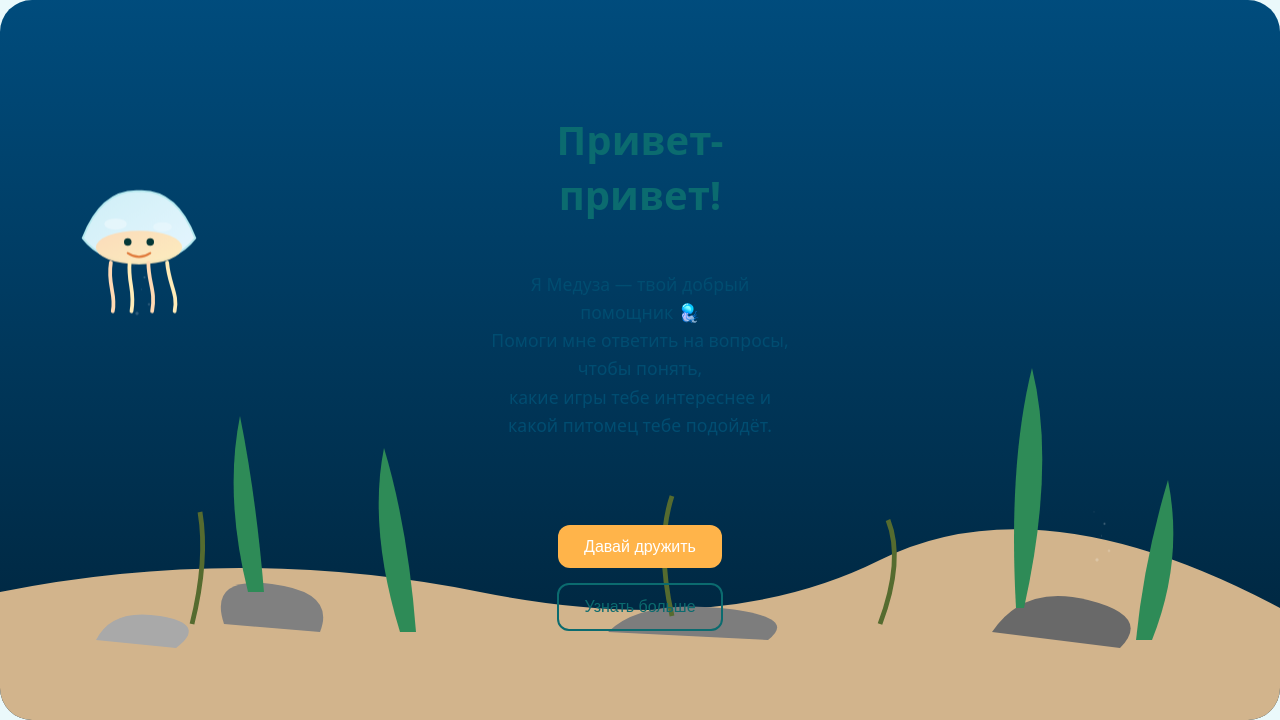
Repository: HOADF/kids-career-world
Page: index.html
An editor plug-in stored every save of this project. The page is shown before and after the next save, followed by the edit.
The browser window is 1280 px wide. The pictures show the whole page.

Above is the page before, as saved 2026-03-13 19:36:47.

### index.html
<!doctype html>
<html lang="ru">
<head>
  <meta charset="utf-8" />
  <meta name="viewport" content="width=device-width,initial-scale=1" />
  <title>Kids Career World — знакомство</title>
  <link rel="stylesheet" href="style.css">
  <link rel="stylesheet" href="games-list.css">
  <link rel="stylesheet" href="animations.css"> <script type="module" src="script.js"></script>
</head>
<body>

  <div class="ocean-frame" aria-hidden="true">
    <img src="backgrounds/ocean.svg" class="layer-bg">
    <img src="backgrounds/ocean_floor.svg" class="layer-floor">

    <img src="pets/jellyfish.svg" class="jelly-svg" id="main-pet-image">

    <img src="fx/bubbles.svg" class="bubble-stream stream-left">
    <img src="fx/bubbles.svg" class="bubble-stream stream-right">
  </div>

  <main class="page-root">

    <section id="welcome-card" class="welcome-card">
      <div class="welcome-inner" style="padding: 40px; text-align: center;">
        <h1 id="welcome-title">Привет-привет!</h1>
        <p class="lead">
          Я Медуза — твой добрый помощник 🪼<br>
          Помоги мне ответить на вопросы, чтобы понять,<br>
          какие игры тебе интереснее и какой питомец тебе подойдёт.
        </p>

        <div class="controls" style="display: flex; gap: 15px; justify-content: center; margin-top: 30px;">
          <button id="start-quiz" class="btn-primary">Давай дружить</button>
          <button id="learn-more" class="btn-ghost">Узнать больше</button>
        </div>
      </div>
    </section>

    <section id="questions-section" class="questions-card hidden">
      <div class="questions-inner">
        <div id="progress" class="progress">Вопрос <span id="q-index">1</span> из <span id="q-total">5</span></div>
        <h2 id="question-title" class="question-title">Загружаю вопрос...</h2>
        <div id="answers" class="answers"></div>
        <div class="nav-row">
          <button id="btn-back" class="btn-ghost small" disabled>◀ Назад</button>
          <button id="btn-next" class="btn-primary small" disabled>Дальше ▶</button>
        </div>
      </div>
    </section>

    <section id="result-section" class="result-card hidden">
      <div class="result-inner">
        <h2 id="result-title">Тебе подойдёт...</h2>
        <div id="result-pet" class="result-pet"></div>
        <div id="result-games" class="result-games"></div>
        <div class="result-controls">
          <button id="restart" class="btn-ghost">Пройти снова</button>
          <button id="continue" class="btn-primary">Пойти в игры</button>
        </div>
      </div>
    </section>

  </main>
</body>
</html>

### style.css
/* Главный файл стилей — "Оглавление" */
@import url('base.css');
@import url('components.css');
@import url('animations.css');
@import url('games-list.css');

### games-list.css
.games-container {
  display: flex;
  flex-wrap: wrap;
  gap: 16px;
  justify-content: center;
}

.game-card {
  width: 220px;
  background: #fff;
  border-radius: 14px;
  padding: 12px;
  box-shadow: 0 6px 14px rgba(0,0,0,0.1);
  text-align: center;
}

.game-card img {
  width: 100%;
  border-radius: 10px;
}

.play-btn {
  display: inline-block;
  margin-top: 8px;
  background: #4fc3f7;
  color: #fff;
  padding: 8px 12px;
  border-radius: 8px;
  text-decoration: none;
  font-weight: bold;
}

.play-btn:hover {
  transform: translateY(-2px);
}

.level {
  color: #555;
  font-size: 14px;
  margin-top: 4px;
}

.main-layout {
  display: flex;
  justify-content: space-between;
  align-items: flex-start;
  gap: 32px;
  max-width: 1200px;
  margin: 0 auto;
  padding: 20px;
}

.welcome-card {
  flex: 1 1 50%;
  min-width: 400px;
}

.games-panel {
  flex: 1 1 50%;
  min-width: 400px;
}

.games-container {
  display: flex;
  flex-wrap: wrap;
  gap: 16px;
  justify-content: center;
}

.game-card {
  width: 200px;
  background: #fff;
  border-radius: 14px;
  padding: 12px;
  box-shadow: 0 6px 14px rgba(0,0,0,0.1);
  text-align: center;
}

### animations.css
/* ---------- КОНТЕЙНЕР ОКЕАНА ---------- */
.ocean-frame {
  position: absolute; /* Океан будет фоном ВНУТРИ карточки */
  top: 0;
  left: 0;
  width: 100%;
  height: 100%;
  z-index: 1;        /* Самый нижний слой в карточке */
  overflow: hidden;
  border-radius: 2rem;
}

.layer-bg, .layer-floor {
  position: absolute;
  width: 100%;
  height: 100%;
  object-fit: cover;
}

.layer-floor {
  z-index: 2;
  bottom: 0;
  height: auto;
  min-height: 30%;
}

/* ---------- МЕДУЗА (СЛЕВА) ---------- */
.jelly-svg {
  position: absolute;
  left: 5%;
  top: 25%;
  width: 150px;
  z-index: 5;
  animation: petFloat 4s ease-in-out infinite;
}

@keyframes petFloat {
  0%, 100% { transform: translateY(0) rotate(-2deg); }
  50% { transform: translateY(-15px) rotate(2deg); }
}

/* ---------- ПУЗЫРЬКИ ---------- */
.bubble-stream {
  position: absolute;
  bottom: -50px;
  width: 30px;
  z-index: 4;
  opacity: 0.4;
}
.stream-left { left: 10%; animation: bubbleRise 8s infinite; }
.stream-right { left: 85%; animation: bubbleRise 12s infinite 2s; }

@keyframes bubbleRise {
  0% { transform: translateY(0); opacity: 0; }
  50% { opacity: 0.6; }
  100% { transform: translateY(-500px); opacity: 0; }
}

/* ---------- КАРТОЧКА (ГЛАВНОЕ) ---------- */
.welcome-card {
  position: relative; /* Чтобы внутренние слои (океан) не вылетали */
  background: white;
  border-radius: 2rem;
  padding: 40px;
  max-width: 800px;
  min-height: 400px;
  display: flex;
  align-items: center;
  justify-content: flex-end; /* Текст будет справа */
  box-shadow: 0 20px 40px rgba(0,0,0,0.1);
}

.welcome-inner {
  position: relative;
  z-index: 10; /* Текст должен быть выше океана и медузы */
  width: 55%;  /* Занимает правую часть карточки */
  text-align: left;
  color: #004d71;
}

h1 { font-size: 2.5rem; margin-bottom: 1rem; }
.lead { font-size: 1.1rem; line-height: 1.6; }

.hidden { display: none !important; }

### script.js
import { petAssets } from './config.js';
import { QuizManager } from './quiz.js';

document.addEventListener('DOMContentLoaded', () => {
    const quiz = new QuizManager();

    // Элементы интерфейса
    const welcomeCard = document.getElementById('welcome-card');
    const questionsSection = document.getElementById('questions-section');
    const resultSection = document.getElementById('result-section');
    const petRoom = document.getElementById('pet-room');

    // Кнопки
    const startBtn = document.getElementById('start-quiz');
    const btnRestart = document.getElementById('restart');
    const btnContinue = document.getElementById('continue');
    const btnBack = document.getElementById('btn-back');

    // Поля теста
    const qTitle = document.getElementById('question-title');
    const qAnswers = document.getElementById('answers');
    const qIndexEl = document.getElementById('q-index');
    const qTotalEl = document.getElementById('q-total');

    // Поля результата
    const resultPet = document.getElementById('result-pet');
    const resultGames = document.getElementById('result-games');
    const resultTitle = document.getElementById('result-title');

    // Слои мира (динамический фон)
    const bgImg = document.getElementById('bg-img');
    const floorImg = document.getElementById('floor-img');
    const mainPetImg = document.getElementById('pet-img');

    // 1. ПРОВЕРКА ВХОДА
    if (localStorage.getItem('childName') && petRoom) {
        welcomeCard?.classList.add('hidden');
        petRoom.classList.remove('hidden');
    }

    // 2. СБОРКА SVG ПИТОМЦА
    function assemblePet(type, markType = 'heart') {
        const body = petAssets.bodies[type] || petAssets.bodies['artist'];
        const mark = petAssets.marks[markType] || "";
        return `
        <svg viewBox="0 0 200 200" style="width:100%; height:100%;">
          ${body}
          <g class="accessory-layer">${mark}</g>
        </svg>`;
    }

    // 3. ОБНОВЛЕНИЕ ВИЗУАЛА МИРА
    function updateWorld(worldData, petType) {
        if (!worldData) return;

        // Плавная смена через прозрачность (если добавить transition в CSS)
        if (bgImg) bgImg.src = worldData.bg;
        if (floorImg) floorImg.src = worldData.floor;

        // Меняем главного персонажа на фоне
        if (mainPetImg) {
            mainPetImg.src = `pets/${petType}.svg`;
            // Если используешь SVG сборку для фона:
            // mainPetImg.parentElement.innerHTML = assemblePet(petType);
        }
    }

    // 4. ОТОБРАЖЕНИЕ ВОПРОСА
    function renderQuestion() {
        const q = quiz.getCurrentQuestion();
        const progress = quiz.getProgress();

        qIndexEl.textContent = progress.current;
        qTotalEl.textContent = progress.total;
        qTitle.textContent = q.text;
        qAnswers.innerHTML = '';

        q.answers.forEach(ans => {
            const btn = document.createElement('button');
            btn.className = 'answer-btn btn-primary'; // Используем наши новые стили
            btn.style.margin = "5px";
            btn.textContent = ans.text;

            btn.onclick = () => {
                const step = quiz.nextQuestion(ans.type);
                if (step.finished) {
                    showResult(step.result);
                } else {
                    renderQuestion();
                }
            };
            qAnswers.appendChild(btn);
        });

        if (btnBack) btnBack.disabled = progress.current === 1;
    }

    function showResult(result) {
        questionsSection.classList.add('hidden');
        resultSection.classList.remove('hidden');

        // Меняем фон и персонажа под результат
        updateWorld(result.data.world, result.type);

        resultTitle.textContent = `Твой друг: ${result.data.pet}`;
        resultPet.innerHTML = assemblePet(result.type, 'heart');
        resultGames.textContent = result.data.games;
    }

    // 5. СОБЫТИЯ
    startBtn?.addEventListener('click', () => {
        welcomeCard.classList.add('hidden');
        questionsSection.classList.remove('hidden');
        renderQuestion();
    });

    btnBack?.addEventListener('click', () => {
        if (quiz.prevQuestion()) renderQuestion();
    });

    btnRestart?.addEventListener('click', () => {
        quiz.reset();
        resultSection.classList.add('hidden');
        welcomeCard.classList.remove('hidden');
        // Возвращаем стандартный фон океана
        if (bgImg) bgImg.src = 'backgrounds/ocean.svg';
        if (floorImg) floorImg.src = 'backgrounds/ocean_floor.svg';
    });

    btnContinue?.addEventListener('click', () => {
        localStorage.setItem('childName', 'Друг');
        location.reload();
    });
});

### base.css
/* ---------- Базовые стили ---------- */
:root {
  --color-bg: #eaf9fb;
  --color-accent: #ffb44a;
  --color-text: #023436;
  --color-subtle: #0b6b6f;
  --color-white: #ffffff;
  --transition-fast: 0.3s ease;
  --transition-slow: 0.6s ease;
}

* {
  box-sizing: border-box;
  margin: 0;
  padding: 0;
}

html, body {
  width: 100%;
  height: 100%;
  font-family: system-ui, "Segoe UI", Roboto, sans-serif;
  color: var(--color-text);
  background-color: var(--color-bg);
  overflow-x: hidden;
}

.hidden {
  display: none !important;
}

.background-decor {
  position: fixed;
  top: 0;
  left: 0;
  width: 100%;
  height: 100%;
  background: linear-gradient(180deg, #eaf9fb 0%, #f8ffff 100%);
  z-index: -1;
}

.page-root {
  display: flex;
  flex-direction: column;
  align-items: center;
  justify-content: center;
  padding: 2rem;
  min-height: 100vh;
}

/* 📱 АДАПТИВНОСТЬ ПОД УСТРОЙСТВА */
@media (max-width: 700px) {
  .welcome-card { padding: 1.5rem; }
  .welcome-inner { flex-direction: column; text-align: center; }
  .controls { justify-content: center; }
}

@media (max-width: 480px) {
  body { font-size: 14px; padding: 0.5rem; }
  .welcome-card, .questions-card, .result-card { padding: 1rem; border-radius: 1rem; }
  .welcome-card h1 { font-size: 1.4rem; line-height: 1.4; }
  .welcome-text p { font-size: 0.95rem; }
  .controls { flex-direction: column; gap: 0.75rem; }
  button { width: 100%; font-size: 1rem; padding: 0.8rem; }
  .pet-visual { width: 120px; height: 120px; }
}

@media (min-width: 481px) and (max-width: 768px) {
  body { font-size: 16px; padding: 1rem; }
  .welcome-card, .questions-card, .result-card { padding: 1.5rem; }
  .welcome-card h1 { font-size: 1.8rem; }
  .welcome-text p { font-size: 1rem; }
  button { font-size: 1rem; padding: 0.9rem 1.2rem; }
  .pet-visual { width: 150px; height: 150px; }
}

@media (min-width: 769px) and (max-width: 1200px) {
  body { font-size: 18px; padding: 1.5rem; }
  .welcome-card, .questions-card, .result-card { padding: 2rem; }
  .welcome-card h1 { font-size: 2rem; }
  .pet-visual { width: 180px; height: 180px; }
}

@media (min-width: 1201px) {
  body { font-size: 20px; max-width: 960px; margin: 0 auto; }
  .welcome-card, .questions-card, .result-card { border-radius: 2rem; }
  .pet-visual { width: 200px; height: 200px; }
}

### components.css
/* ---------- Карточки и Кнопки ---------- */
.welcome-card,
.questions-card,
.result-card {
  background: var(--color-white);
  border-radius: 24px;
  box-shadow: 0 6px 20px rgba(0, 0, 0, 0.08);
  max-width: 900px;
  width: 100%;
  padding: 2rem 3rem;
  display: flex;
  flex-direction: column;
  justify-content: center;
  animation: fadeIn var(--transition-slow);
}

.welcome-inner { display: flex; align-items: center; gap: 2rem; flex-wrap: wrap; justify-content: center; }
.welcome-text { flex: 1 1 400px; text-align: left; }

h1, h2 { font-weight: 700; color: var(--color-subtle); margin-bottom: 1rem; }
.lead { font-size: 1.1rem; line-height: 1.6; margin-bottom: 1.5rem; }

.controls { display: flex; gap: 1rem; flex-wrap: wrap; margin-bottom: 1rem; }

.btn-primary, .btn-ghost {
  font-size: 1rem; border-radius: 12px; padding: 0.8rem 1.6rem;
  cursor: pointer; transition: all var(--transition-fast); border: none;
}
.btn-primary { background: var(--color-accent); color: var(--color-white); }
.btn-primary:hover { background: #ff9f1a; transform: translateY(-2px); }
.btn-ghost { background: transparent; color: var(--color-subtle); border: 2px solid var(--color-subtle); }
.btn-ghost:hover { background: var(--color-subtle); color: var(--white); transform: translateY(-2px); }

.small { padding: 0.5rem 1rem; font-size: 0.9rem; }
.meta-note { font-size: 0.9rem; color: #555; opacity: 0.8; }

/* ---------- Опрос и Результат ---------- */
.questions-inner, .result-inner { display: flex; flex-direction: column; align-items: center; gap: 1rem; }
.progress { font-size: 0.95rem; color: #666; }
.question-title { font-size: 1.2rem; text-align: center; margin-bottom: 1rem; }

.answers { display: flex; flex-direction: column; gap: 0.8rem; width: 100%; max-width: 600px; }
.answers button {
  background: var(--color-bg); border: 2px solid transparent; border-radius: 12px;
  padding: 0.8rem 1.2rem; text-align: left; transition: all var(--transition-fast); font-size: 1rem;
}
.answers button:hover { border-color: var(--color-accent); background: #fff8f0; transform: translateY(-1px); }
.answers button.selected { border-color: var(--color-accent); background: #fff1de; }

.nav-row, .result-controls { display: flex; justify-content: space-between; width: 100%; max-width: 600px; margin-top: 1rem; }
.result-pet { margin-top: 1rem; font-size: 1.1rem; }
.result-games { font-size: 1rem; color: #333; }

### quiz.js
import { questions, results } from './config.js';

export class QuizManager {
    constructor() {
        this.currentQuestion = 0;
        this.answersGiven = [];
    }

    getCurrentQuestion() {
        return questions[this.currentQuestion];
    }

    nextQuestion(answerType) {
        this.answersGiven[this.currentQuestion] = answerType;
        if (this.currentQuestion < questions.length - 1) {
            this.currentQuestion++;
            return { finished: false };
        }
        return { finished: true, result: this.calculateResult() };
    }

    prevQuestion() {
        if (this.currentQuestion > 0) {
            this.currentQuestion--;
            return true;
        }
        return false;
    }

    calculateResult() {
        const counts = {};
        this.answersGiven.forEach(t => counts[t] = (counts[t] || 0) + 1);
        const topType = Object.keys(counts).reduce((a, b) => counts[a] > counts[b] ? a : b);
        return { type: topType, data: results[topType] };
    }

    reset() {
        this.currentQuestion = 0;
        this.answersGiven = [];
    }

    getProgress() {
        return {
            current: this.currentQuestion + 1,
            total: questions.length
        };
    }
}

Loaded but not shown: pets/jellyfish.svg (23 lines, source omitted); backgrounds/ocean_floor.svg (30 lines, source omitted); backgrounds/ocean.svg (17 lines, source omitted); fx/bubbles.svg (10 lines, source omitted); config.js (176 lines, source omitted)

After the next save:
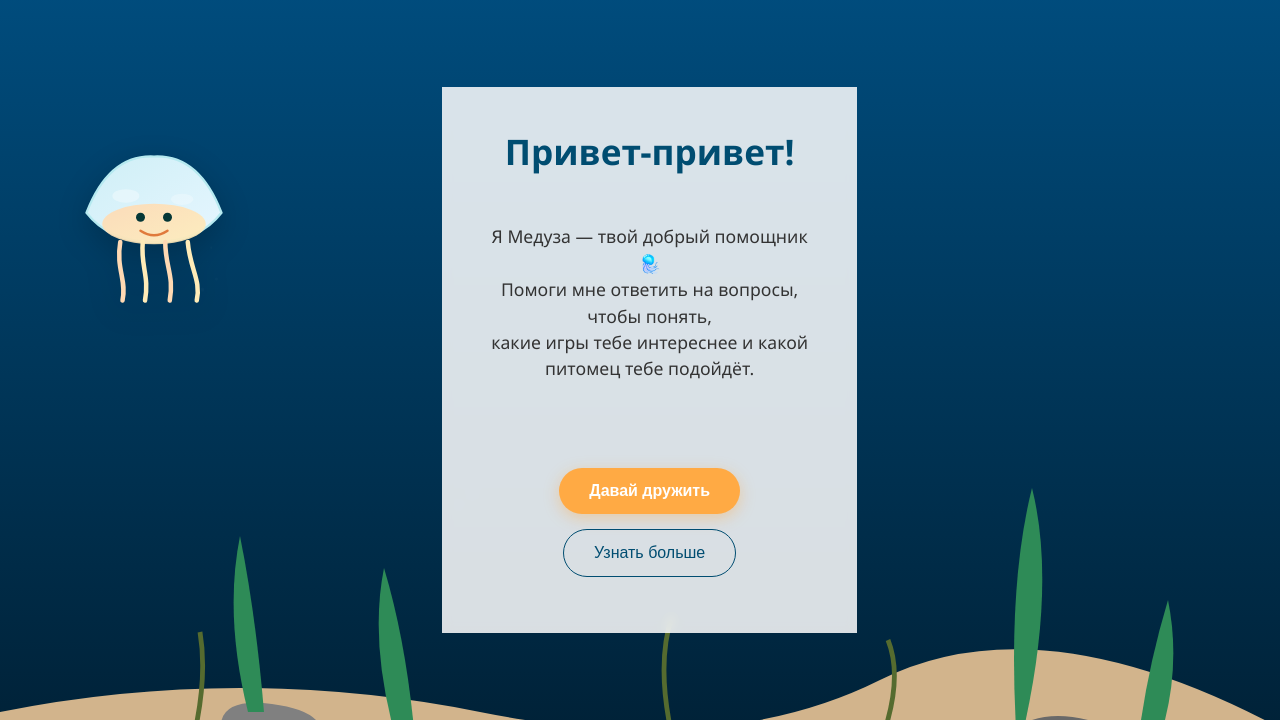
Saved 70 s later.
--- a/animations.css
+++ b/animations.css
@@ -1,13 +1,45 @@
-/* ---------- КОНТЕЙНЕР ОКЕАНА ---------- */
+/* ---------- ГЛОБАЛЬНЫЕ НАСТРОЙКИ ---------- */
+body, html {
+  margin: 0;
+  padding: 0;
+  width: 100%;
+  height: 100%;
+  font-family: 'Segoe UI', Tahoma, Geneva, Verdana, sans-serif;
+  background-color: #002a40; /* Темный фон за карточкой */
+}
+
+.page-root {
+  display: flex;
+  justify-content: center;
+  align-items: center;
+  min-height: 100vh;
+  padding: 20px;
+  box-sizing: border-box;
+}
+
+/* ---------- ГЛАВНАЯ КАРТОЧКА ---------- */
+.welcome-card, .questions-card, .result-card {
+  position: relative;
+  width: 100%;
+  max-width: 850px;
+  min-height: 450px;
+  background: white;
+  border-radius: 2.5rem;
+  overflow: hidden; /* КРИТИЧНО: чтобы фон не вылезал */
+  display: flex;
+  box-shadow: 0 25px 60px rgba(0,0,0,0.4);
+}
+
+.hidden { display: none !important; }
+
+/* ---------- ЖИВОЙ ОКЕАН ВНУТРИ ---------- */
 .ocean-frame {
-  position: absolute; /* Океан будет фоном ВНУТРИ карточки */
+  position: absolute;
   top: 0;
   left: 0;
   width: 100%;
   height: 100%;
-  z-index: 1;        /* Самый нижний слой в карточке */
-  overflow: hidden;
-  border-radius: 2rem;
+  z-index: 1;
 }
 
 .layer-bg, .layer-floor {
@@ -15,70 +47,83 @@
   width: 100%;
   height: 100%;
   object-fit: cover;
+  pointer-events: none;
 }
 
 .layer-floor {
-  z-index: 2;
+  z-index: 3;
   bottom: 0;
-  height: auto;
-  min-height: 30%;
 }
 
 /* ---------- МЕДУЗА (СЛЕВА) ---------- */
 .jelly-svg {
   position: absolute;
   left: 5%;
-  top: 25%;
-  width: 150px;
-  z-index: 5;
+  top: 20%;
+  width: 180px;
+  height: auto;
+  z-index: 10;
   animation: petFloat 4s ease-in-out infinite;
+  filter: drop-shadow(0 10px 15px rgba(0,0,0,0.2));
 }
 
 @keyframes petFloat {
   0%, 100% { transform: translateY(0) rotate(-2deg); }
-  50% { transform: translateY(-15px) rotate(2deg); }
+  50% { transform: translateY(-20px) rotate(2deg); }
 }
 
 /* ---------- ПУЗЫРЬКИ ---------- */
 .bubble-stream {
   position: absolute;
   bottom: -50px;
-  width: 30px;
-  z-index: 4;
-  opacity: 0.4;
+  width: 35px;
+  z-index: 5;
+  opacity: 0.5;
 }
-.stream-left { left: 10%; animation: bubbleRise 8s infinite; }
-.stream-right { left: 85%; animation: bubbleRise 12s infinite 2s; }
+.stream-left { left: 15%; animation: bubbleRise 7s infinite; }
+.stream-right { left: 35%; animation: bubbleRise 10s infinite 2s; }
 
 @keyframes bubbleRise {
   0% { transform: translateY(0); opacity: 0; }
-  50% { opacity: 0.6; }
+  20% { opacity: 0.6; }
   100% { transform: translateY(-500px); opacity: 0; }
 }
 
-/* ---------- КАРТОЧКА (ГЛАВНОЕ) ---------- */
-.welcome-card {
-  position: relative; /* Чтобы внутренние слои (океан) не вылетали */
-  background: white;
-  border-radius: 2rem;
-  padding: 40px;
-  max-width: 800px;
-  min-height: 400px;
+/* ---------- КОНТЕНТ (СПРАВА) ---------- */
+.welcome-inner, .questions-inner, .result-inner {
+  position: relative;
+  z-index: 20; /* Поверх всего */
+  margin-left: 45%; /* Освобождаем место под медузу */
+  padding: 50px;
+  text-align: left;
   display: flex;
-  align-items: center;
-  justify-content: flex-end; /* Текст будет справа */
-  box-shadow: 0 20px 40px rgba(0,0,0,0.1);
+  flex-direction: column;
+  justify-content: center;
+  background: rgba(255, 255, 255, 0.85); /* Белая подложка под текстом для читаемости */
+  backdrop-filter: blur(5px);
+  width: 55%;
 }
 
-.welcome-inner {
-  position: relative;
-  z-index: 10; /* Текст должен быть выше океана и медузы */
-  width: 55%;  /* Занимает правую часть карточки */
-  text-align: left;
-  color: #004d71;
+h1 { color: #004d71; font-size: 2.2rem; margin-bottom: 1rem; }
+.lead { color: #333; font-size: 1.1rem; line-height: 1.5; }
+
+/* Кнопки */
+.btn-primary {
+  background: #ffaa44;
+  color: white;
+  border: none;
+  padding: 14px 30px;
+  border-radius: 50px;
+  font-weight: bold;
+  cursor: pointer;
+  box-shadow: 0 4px 15px rgba(255, 170, 68, 0.4);
 }
 
-h1 { font-size: 2.5rem; margin-bottom: 1rem; }
-.lead { font-size: 1.1rem; line-height: 1.6; }
-
-.hidden { display: none !important; }
+.btn-ghost {
+  background: transparent;
+  color: #004d71;
+  border: 1px solid #004d71;
+  padding: 14px 30px;
+  border-radius: 50px;
+  cursor: pointer;
+}
